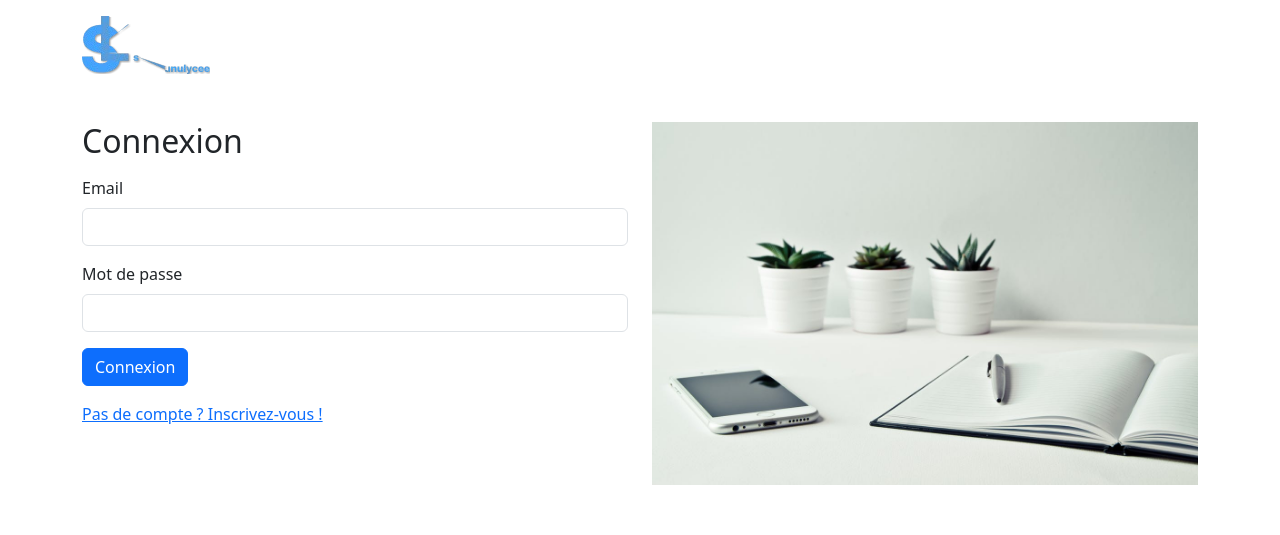
Repository: khadyba/GestionEtablissementScolaire
Page: http://localhost/users/login
An editor plug-in stored every save of this project. The page is shown before and after a run of saves, followed by the edit.
The browser window is 1280 px wide. The pictures show the whole page.
The page is served by the project's Laravel application, run on PHP 8.4 with Laravel 9.

Above is the page before, as saved 2024-11-11 11:37:57.

After the next 3 saves:
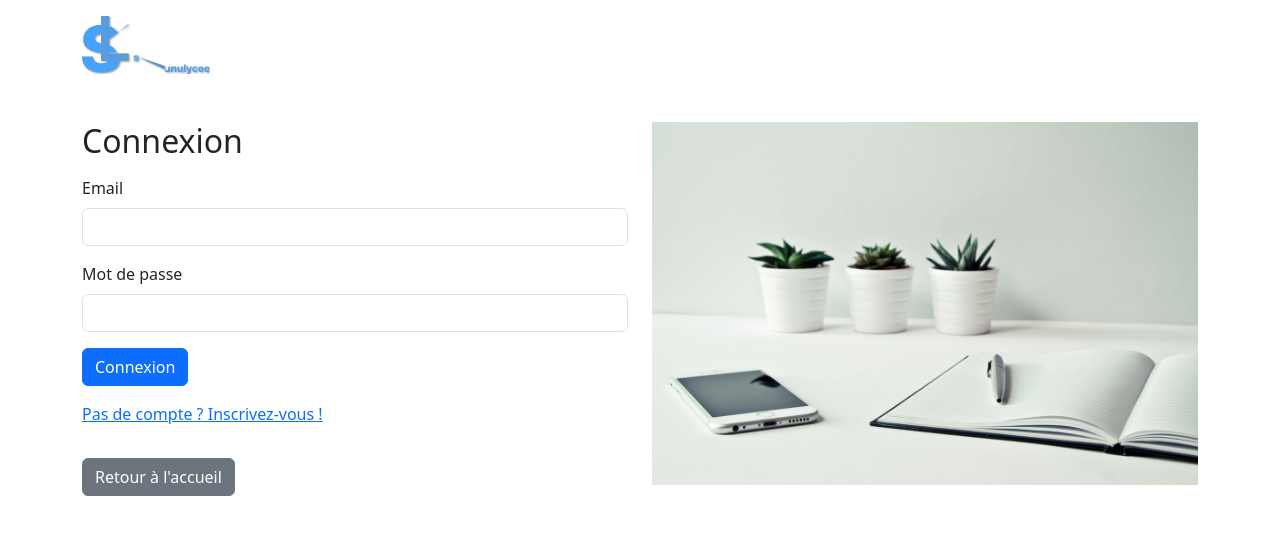
The 3 saves are shown as one change because they came seconds apart.
The last was saved 41 s later.
--- a/sunuEcole/resources/views/LoginForm.blade.php
+++ b/sunuEcole/resources/views/LoginForm.blade.php
@@ -52,6 +52,8 @@
                         <a href="{{ route('users.create') }}">Pas de compte ? Inscrivez-vous !</a>
                     </div>
                 </form>
+                  <a href="{{ route('home') }}" class="btn btn-secondary mt-3">Retour à l'accueil</a>
+
                 @if ($errors->has('credentials'))
                     <div class="alert alert-danger">
                         {{ $errors->first('credentials') }}
